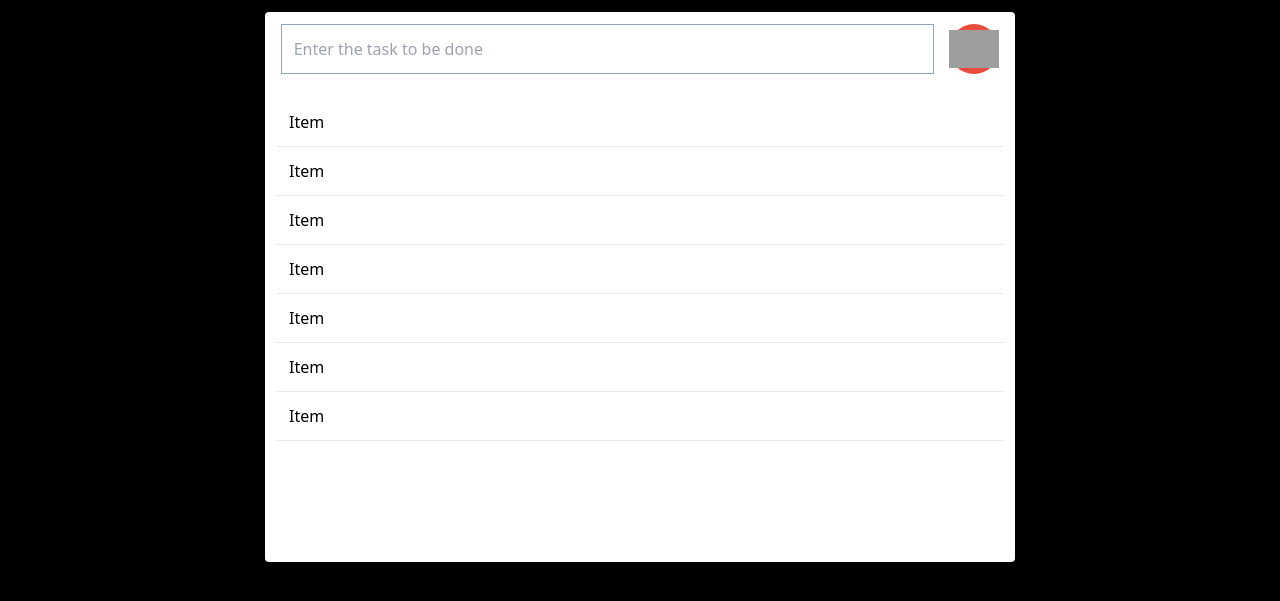
Repository: duttasayan835/todo-app-with-React-and-tailwind-CSS
Page: /
These files come from the project's save history. The page is drawn as it stood at one moment and after the next save; the edit follows.
The browser window is 1280 px wide. The pictures show the whole page.
Pictures or frames that could not be fetched are drawn as grey boxes. The project was rebuilt for these pictures with package versions that can differ from the ones it lists, and the page was loaded fresh each time.

Above is the page before, as saved 2024-06-12 11:10:11.

After the next save:
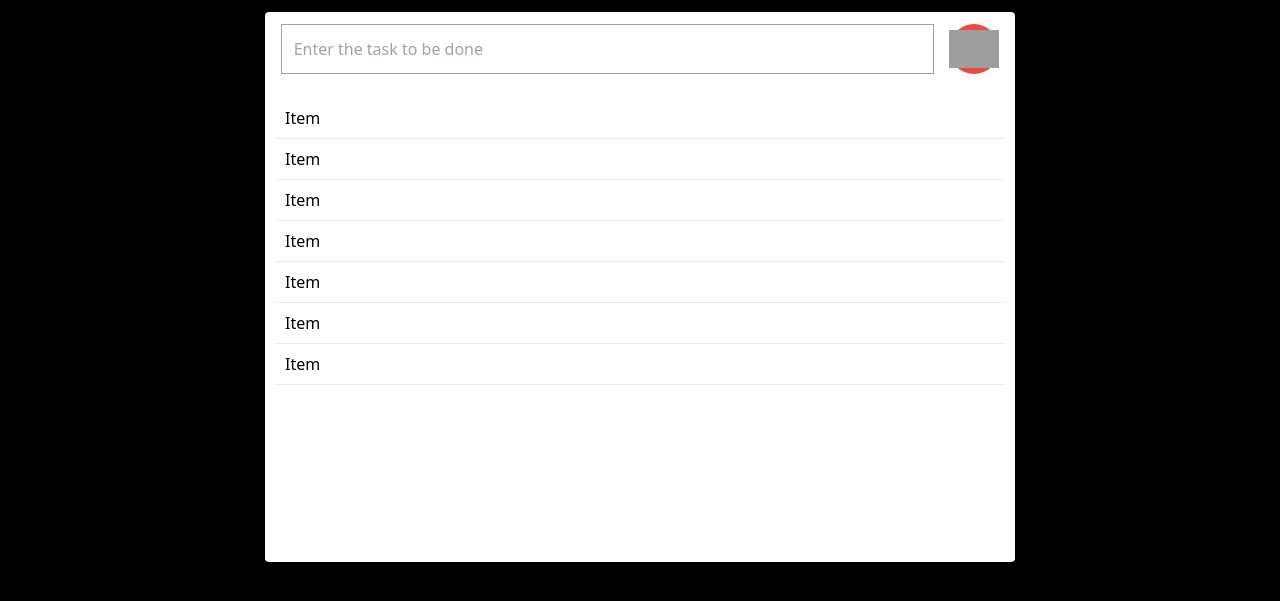
Saved 9 s later.
--- a/src/Components/Item.jsx
+++ b/src/Components/Item.jsx
@@ -1,5 +1,5 @@
 import React from "react";
 
 export default function Item() {
-  return <div className="w-full p-3 border-b">Item</div>;
+  return <div className="w-full p-2 border-b">Item</div>;
 }
